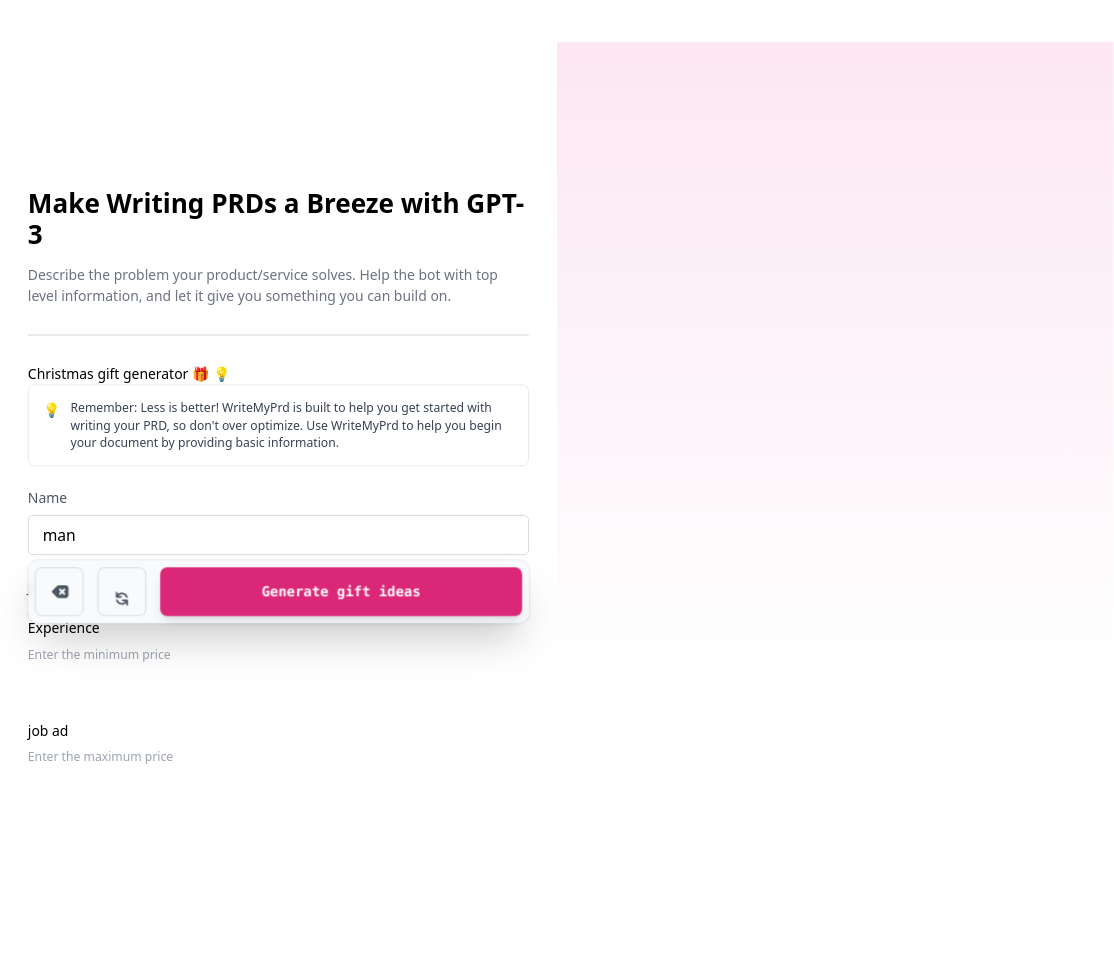
Repository: hamza-mastar/chatgpt-jpbad
Page: /
The author's editor kept a copy of each file at every save. The page is drawn from the files as they stood at one save, then again after the next save.
The browser window is 1280 px wide. The pictures show the whole page, at 87% of full size.
The project was rebuilt for these pictures with package versions that can differ from the ones it lists, and the page was loaded fresh each time. The framework's server and built-in components were replaced by stand-ins that run in the browser.

Above is the page before, as saved 2023-01-30 04:53:38.

After the next save:
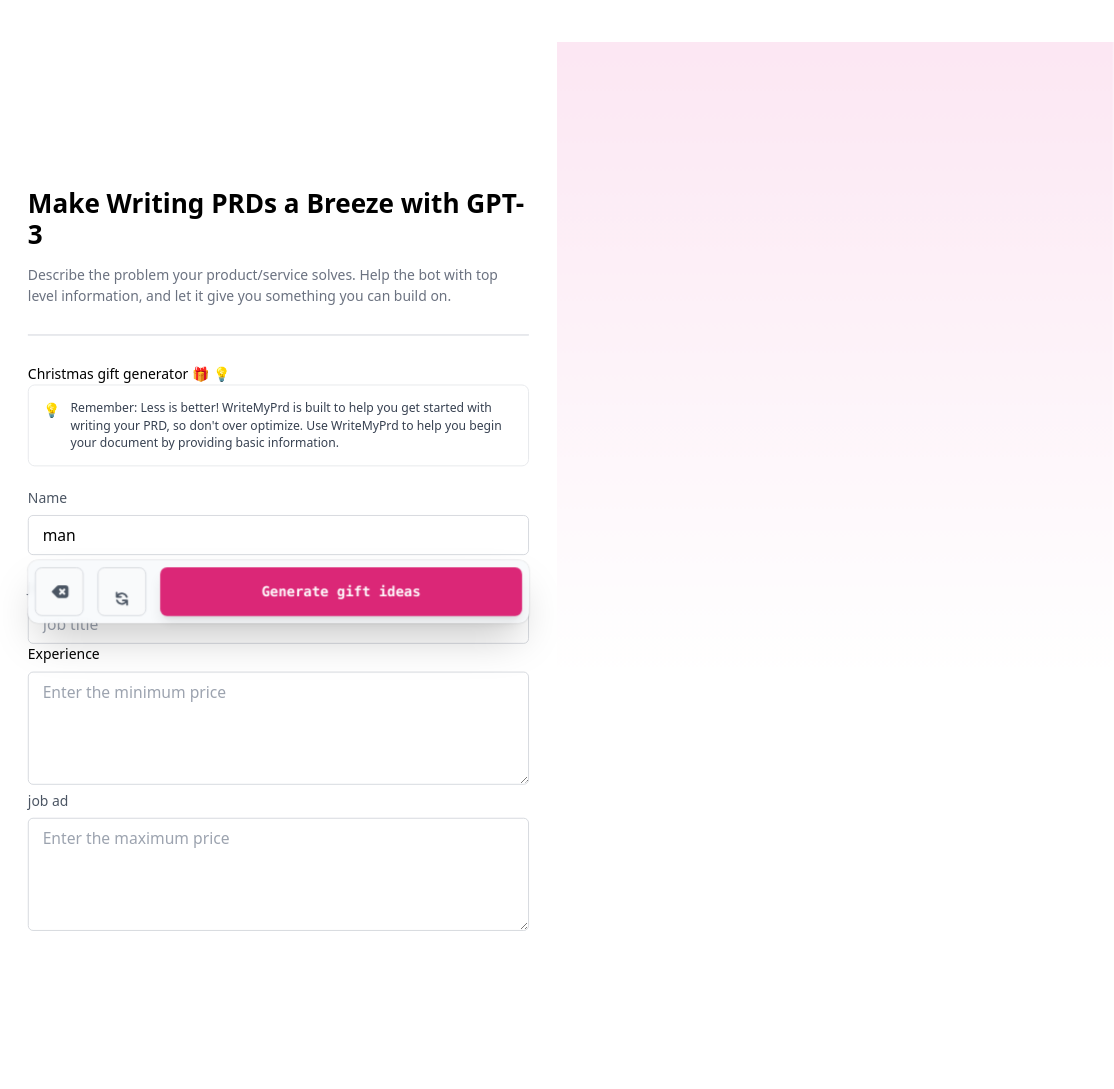
Saved 109 s later.
--- a/pages/index.js
+++ b/pages/index.js
@@ -88,8 +88,8 @@ export default function Home() {
           </div>
 
 
-          <label>Job title</label>
-          <input class="form-input w-full"
+          <label class="relative transition text-gray-600 focus-within:text-gray-800 block">Job title</label>
+          <input class="outline-none focus:outline-none text-lg bg-white rounded-md px-4 py-2 w-full border  focus:border-gray-400 border-gray-300 font-regular mt-2 transition-all undefined "
             type="text"
             name="job_title"
             placeholder="Job title"
@@ -98,7 +98,7 @@ export default function Home() {
           />
 
           <label>Experience </label>
-          <textarea class="form-textarea text-sm pt-2 w-full resize-none" rows="4"
+          <textarea class="form-textarea outline-none focus:outline-none text-lg bg-white rounded-md px-4 py-2 w-full border  focus:border-gray-400 border-gray-300 font-regular mt-2 transition-all undefined " rows="4"
           type="textarea"
           name="experience"
           placeholder="Enter the minimum price"
@@ -107,8 +107,8 @@ export default function Home() {
 
             </textarea>
 
-          <label> job ad</label>
-          <textarea class="form-textarea text-sm pt-2 w-full resize-none" rows="4"
+          <label class="relative transition text-gray-600 focus-within:text-gray-800 block"> job ad</label>
+          <textarea class="form-textarea outline-none focus:outline-none text-lg bg-white rounded-md px-4 py-2 w-full border  focus:border-gray-400 border-gray-300 font-regular mt-2 transition-all undefined " rows="4"
             type="text"
             name="job_ad"
             placeholder="Enter the maximum price"
